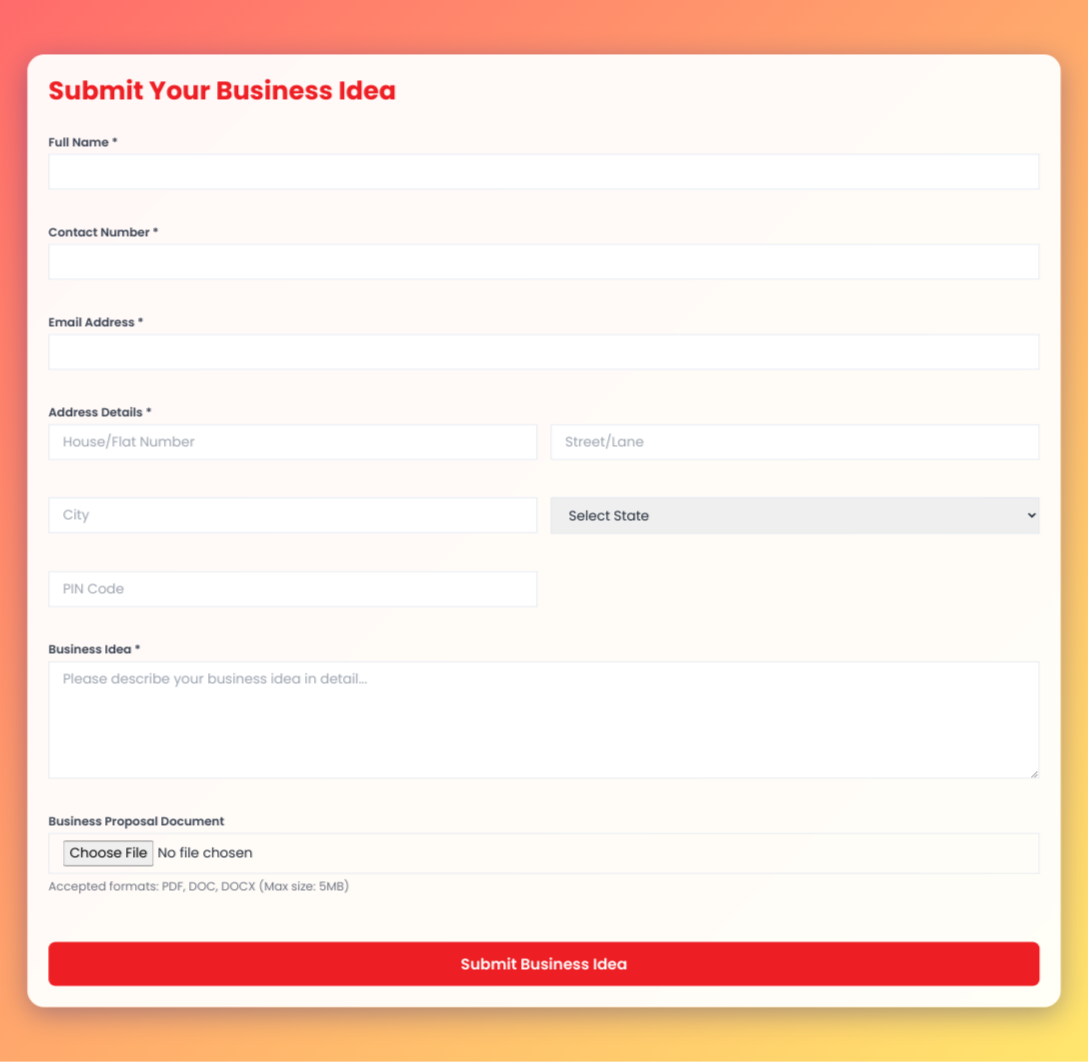
Repository: thegurjararyan/website-master
Page: forms/business-idea.html
An editor plug-in stored every save of this project. The page is shown before and after the next save, followed by the edit.
The browser window is 1280 px wide. The pictures show the whole page, at 85% of full size.
Some web libraries are served in a nearby version.

Above is the page before, as saved 2024-11-16 20:55:30.

### forms/business-idea.html
<!DOCTYPE html>
<html lang="en">
    <head>
        <meta charset="UTF-8">
        <meta name="viewport" content="width=device-width, initial-scale=1.0">
        <title>Submit Your Business Idea</title>
        <script src="https://cdn.tailwindcss.com"></script>
        <link rel="icon" type="image/png" href="../assets/logo.png">

        <style>
            @import url('https://fonts.googleapis.com/css2?family=Poppins:wght@300;400;600;700&display=swap');

            body {
                font-family: 'Poppins', sans-serif;
                background: linear-gradient(135deg, #FF6B6B, #FFE66D);
                min-height: 100vh;
                display: flex;
                align-items: center;
                justify-content: center;
                padding: 2rem 0;
            }

            .container {
                max-width: 1200px;
                margin: 0 auto;
                padding: 2rem;
                width: 100%;
            }

            .card {
                background: rgba(255, 255, 255, 0.95);
                border-radius: 20px;
                box-shadow: 0 8px 32px rgba(31, 38, 135, 0.37);
                backdrop-filter: blur(5px);
                border: 1px solid rgba(255, 255, 255, 0.18);
                transition: all 0.3s ease;
                height: 100%;
                display: flex;
                flex-direction: column;
                padding: 2rem;
                position: relative;
                overflow: hidden;
            }

            .form-input {
                transition: all 0.3s ease;
                border: 1px solid #e2e8f0;
                padding: 0.5rem 1rem;
            }

            .form-input:focus {
                transform: scale(1.01);
                box-shadow: 0 0 0 3px rgba(255, 107, 107, 0.3);
                outline: none;
            }

            .submit-btn {
                background-color: #ed1f24;
                transition: all 0.3s ease;
                margin-top: 1rem;
                cursor: pointer;
            }

            .submit-btn:hover {
                transform: translateY(-2px);
                box-shadow: 0 5px 15px rgba(255, 107, 107, 0.4);
            }

            .error-message {
                color: #edf2f7;
                font-size: 0.75rem;
                margin-top: 0.25rem;
                opacity: 0;
                transition: opacity 0.3s ease;
            }

            .error-message.visible {
                opacity: 1;
            }

            #toast {
                z-index: 1000;
                transition: all 0.3s ease-in-out;
            }

            #toast.bg-green-100 {
                border-left: 4px solid #34D399;
            }

            #toast.bg-red-100 {
                border-left: 4px solid #F87171;
            }

            .translate-y-0 {
                transform: translateY(0);
            }

            .translate-y-full {
                transform: translateY(100%);
            }
        </style>
    </head>
<body class="text-gray-800">
    <div class="container">
        <div class="card p-6">
            <h2 class="text-3xl font-bold text-[#ed1f24] mb-4">Submit Your Business Idea</h2>
            <form id="businessForm" action="process_business_form.php" method="POST" enctype="multipart/form-data" class="space-y-4">
                <input type="hidden" name="formType" value="businessForm">

                <div>
                    <label class="block text-gray-700 font-semibold text-sm">Full Name *</label>
                    <input type="text" required name="name" class="form-input mt-1 block w-full" />
                    <span class="error-message">Name is required</span>
                </div>

                <div>
                    <label class="block text-gray-700 font-semibold text-sm">Contact Number *</label>
                    <input type="tel" required pattern="[0-9]{10}" name="contact" class="form-input mt-1 block w-full" />
                    <span class="error-message">Valid contact number required</span>
                </div>

                <div>
                    <label class="block text-gray-700 font-semibold text-sm">Email Address *</label>
                    <input type="email" required name="email" class="form-input mt-1 block w-full" />
                    <span class="error-message">Valid email required</span>
                </div>

                <div>
                    <label class="block text-gray-700 font-semibold text-sm">Address Details *</label>
                    <div class="grid grid-cols-1 md:grid-cols-2 gap-4">
                        <div>
                            <input type="text" required name="houseNumber" placeholder="House/Flat Number"
                                class="form-input mt-1 block w-full" />
                            <span class="error-message">House/Flat number is required</span>
                        </div>
                        <div>
                            <input type="text" required name="lane" placeholder="Street/Lane"
                                class="form-input mt-1 block w-full" />
                            <span class="error-message">Street/Lane is required</span>
                        </div>
                        <div>
                            <input type="text" required name="city" placeholder="City"
                                class="form-input mt-1 block w-full" />
                            <span class="error-message">City is required</span>
                        </div>
                        <div>
                            <select required name="state" class="form-input mt-1 block w-full">
                                <option value="">Select State</option>
                                <option value="Andaman and Nicobar Islands">Andaman and Nicobar Islands</option>
                                <option value="Andhra Pradesh">Andhra Pradesh</option>
                                <option value="Arunachal Pradesh">Arunachal Pradesh</option>
                                <option value="Assam">Assam</option>
                                <option value="Bihar">Bihar</option>
                                <option value="Chandigarh">Chandigarh</option>
                                <option value="Chhattisgarh">Chhattisgarh</option>
                                <option value="Dadra and Nagar Haveli and Daman and Diu">Dadra and Nagar Haveli and Daman and Diu</option>
                                <option value="Delhi">Delhi</option>
                                <option value="Goa">Goa</option>
                                <option value="Gujarat">Gujarat</option>
                                <option value="Haryana">Haryana</option>
                                <option value="Himachal Pradesh">Himachal Pradesh</option>
                                <option value="Jammu and Kashmir">Jammu and Kashmir</option>
                                <option value="Jharkhand">Jharkhand</option>
                                <option value="Karnataka">Karnataka</option>
                                <option value="Kerala">Kerala</option>
                                <option value="Ladakh">Ladakh</option>
                                <option value="Lakshadweep">Lakshadweep</option>
                                <option value="Madhya Pradesh">Madhya Pradesh</option>
                                <option value="Maharashtra">Maharashtra</option>
                                <option value="Manipur">Manipur</option>
                                <option value="Meghalaya">Meghalaya</option>
                                <option value="Mizoram">Mizoram</option>
                                <option value="Nagaland">Nagaland</option>
                                <option value="Odisha">Odisha</option>
                                <option value="Puducherry">Puducherry</option>
                                <option value="Punjab">Punjab</option>
                                <option value="Rajasthan">Rajasthan</option>
                                <option value="Sikkim">Sikkim</option>
                                <option value="Tamil Nadu">Tamil Nadu</option>
                                <option value="Telangana">Telangana</option>
                                <option value="Tripura">Tripura</option>
                                <option value="Uttar Pradesh">Uttar Pradesh</option>
                                <option value="Uttarakhand">Uttarakhand</option>
                                <option value="West Bengal">West Bengal</option>
                            </select>
                            <span class="error-message">State is required</span>
                        </div>
                        <div>
                            <input type="text" required name="pincode" placeholder="PIN Code"
                                pattern="[0-9]{6}" class="form-input mt-1 block w-full" />
                            <span class="error-message">Valid 6-digit PIN code required</span>
                        </div>
                    </div>
                </div>

                <div>
                    <label class="block text-gray-700 font-semibold text-sm">Business Idea *</label>
                    <textarea required name="businessIdea" class="form-input mt-1 block w-full" rows="5"
                        placeholder="Please describe your business idea in detail..."></textarea>
                    <span class="error-message">Business idea is required</span>
                </div>

                <div>
                    <label class="block text-gray-700 font-semibold text-sm">Business Proposal Document</label>
                    <input type="file" name="document" accept=".pdf,.doc,.docx"
                        class="form-input mt-1 block w-full" />
                    <p class="text-sm text-gray-500 mt-1">Accepted formats: PDF, DOC, DOCX (Max size: 5MB)</p>
                    <span class="error-message">Invalid file format or size</span>
                </div>

                <div>
                    <button type="submit" class="submit-btn w-full py-3 rounded-lg text-white text-lg font-semibold hover:shadow-xl">
                        Submit Business Idea
                    </button>
                </div>
            </form>
        </div>
    </div>

    <!-- Toast Container -->
    <div id="toast" class="fixed hidden right-4 bottom-4 px-6 py-4 rounded-lg shadow-lg transition-all duration-300 transform translate-y-full">
        <div class="flex items-center">
            <div id="toastMessage" class="text-gray-800"></div>
        </div>
    </div>

    <script>
        document.getElementById('businessForm').addEventListener('submit', function(e) {
            e.preventDefault();

            const fields = this.querySelectorAll('input[required], textarea[required]');
            let valid = true;

            fields.forEach(field => {
                const errorMessage = field.nextElementSibling;
                if (!field.checkValidity()) {
                    errorMessage.classList.add('visible');
                    valid = false;
                } else {
                    errorMessage.classList.remove('visible');
                }
            });

            if (valid) {
                fetch('process_business_form.php', {
                    method: 'POST',
                    body: new FormData(this)
                })
                .then(response => response.json())
                .then(data => {
                    const toast = document.getElementById('toast');
                    const toastMessage = document.getElementById('toastMessage');

                    if (data.status === 'success') {
                        toast.classList.remove('bg-red-100');
                        toast.classList.add('bg-green-100');
                        this.reset();
                    } else {
                        toast.classList.remove('bg-green-100');
                        toast.classList.add('bg-red-100');
                    }

                    toastMessage.textContent = data.message;
                    toast.classList.remove('hidden', 'translate-y-full');
                    toast.classList.add('translate-y-0');

                    setTimeout(() => {
                        toast.classList.add('translate-y-full');
                        setTimeout(() => {
                            toast.classList.add('hidden');
                        }, 300);
                    }, 3000);
                })
                .catch(error => {
                    console.error('Error:', error);
                    const toast = document.getElementById('toast');
                    const toastMessage = document.getElementById('toastMessage');

                    toast.classList.remove('bg-green-100');
                    toast.classList.add('bg-red-100');
                    toastMessage.textContent = 'An error occurred. Please try again.';

                    toast.classList.remove('hidden', 'translate-y-full');
                    toast.classList.add('translate-y-0');

                    setTimeout(() => {
                        toast.classList.add('translate-y-full');
                        setTimeout(() => {
                            toast.classList.add('hidden');
                        }, 300);
                    }, 3000);
                });
            }
        });
    </script>
</body>
</html>

After the next save:
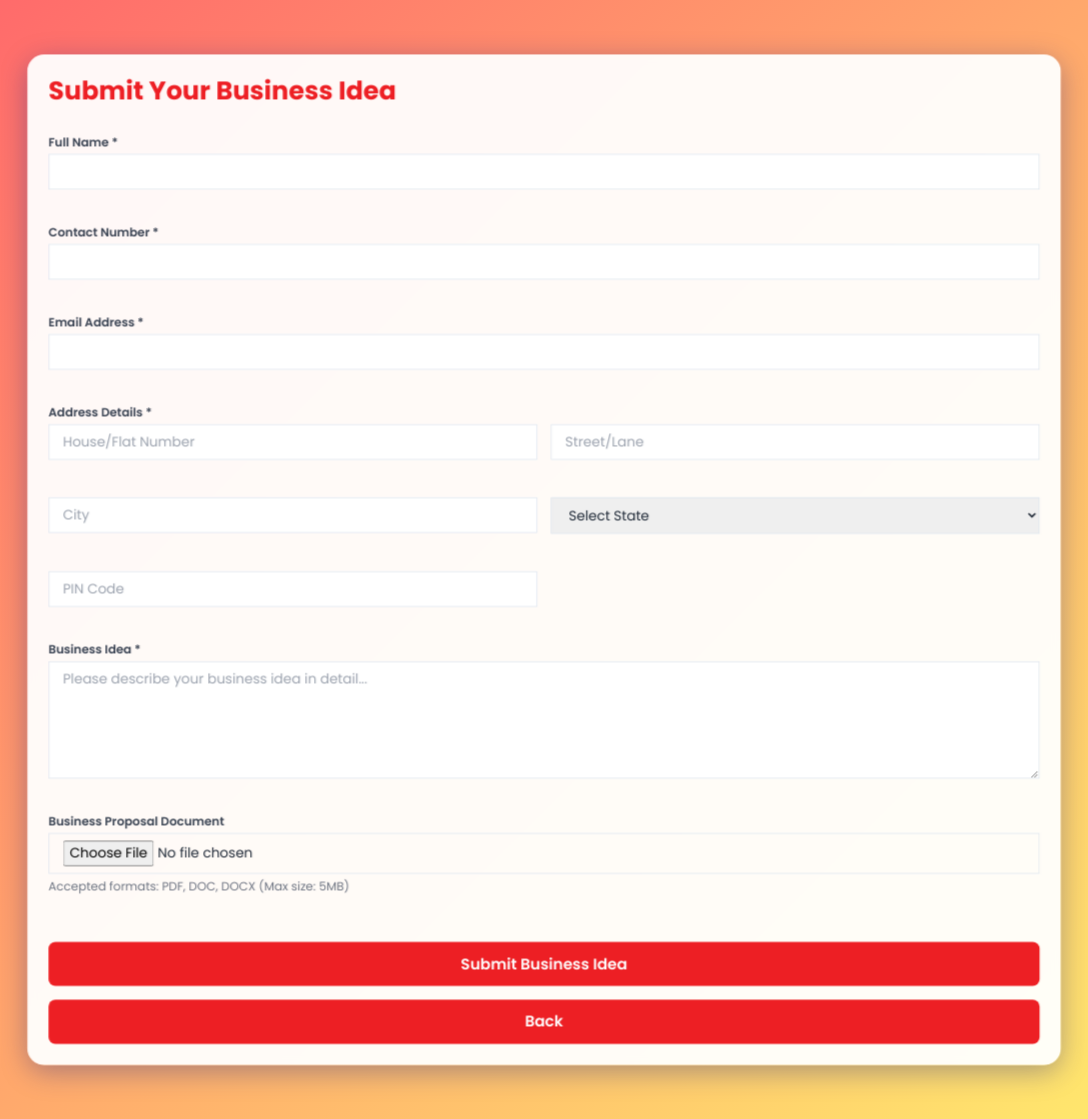
Saved 3 min 43 s later.
--- a/forms/business-idea.html
+++ b/forms/business-idea.html
@@ -213,6 +213,12 @@
                         Submit Business Idea
                     </button>
                 </div>
+
+                <button type="button" class="submit-btn w-full py-3 rounded-lg text-white text-lg font-semibold hover:shadow-xl">
+                    <a href="../join-us.html" class="menu-item rounded-xl p-4 cursor-pointer">
+                        Back
+                    </a>
+                </button>
             </form>
         </div>
     </div>
